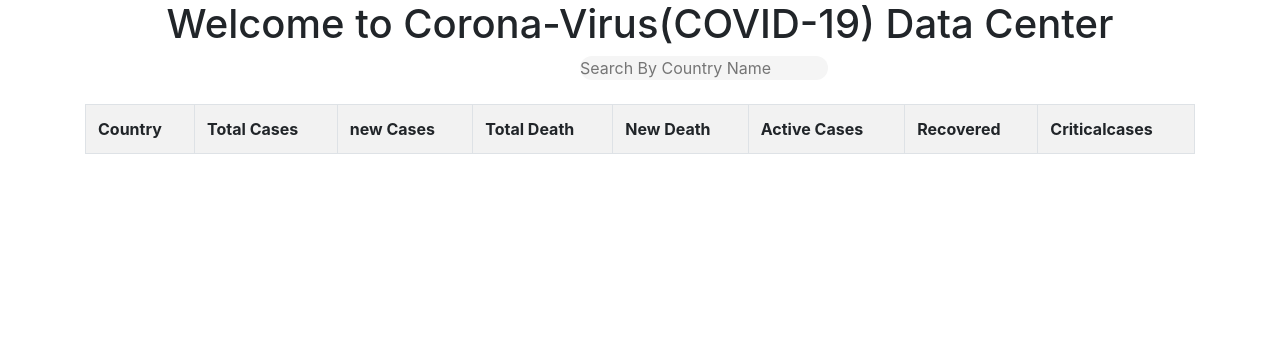
Repository: xthashankar/COVID-19-data-
Page: index.html
An editor plug-in stored every save of this project. The page is shown before and after the next save, followed by the edit.
The browser window is 1280 px wide. The pictures show the whole page.
The page's requests for data from a server got no answer.

Above is the page before, as saved 2020-04-15 19:22:50.

After the next save:
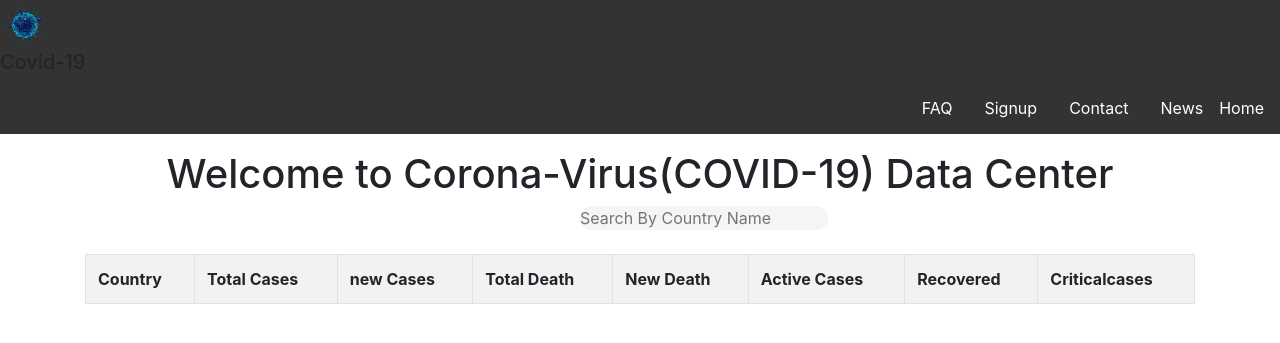
Saved 33 s later.
--- a/index.html
+++ b/index.html
@@ -11,7 +11,24 @@
     <title>Document</title>
 </head>
 <body>
+    <ul>
+        <ul>
+            <img src="image/coronavirus.png">
+            <h5>Covid-19</h5>
+            <li><a class="nav" href="#">Home</a></li>
+            <li><a href="#">News</a></li>
+            <li><a href="#">Contact</a></li>
+            <li><a href="#">Signup</a></li>
+            <div class="dropdown">
+                <button class="dropbtn">FAQ
+                </button>
+                <div class="dropdown-content">
+                  <a href="qa.html">English</a>
+                  <a href="nqa.html">Nepali</a>
+                </div>
 
+        </ul>
+    </ul>
 
     <h1>Welcome to Corona-Virus(COVID-19) Data Center</h1>
     <input type="text" name="filter" id="search" placeholder="Search By Country Name" onkeyup="search()">
